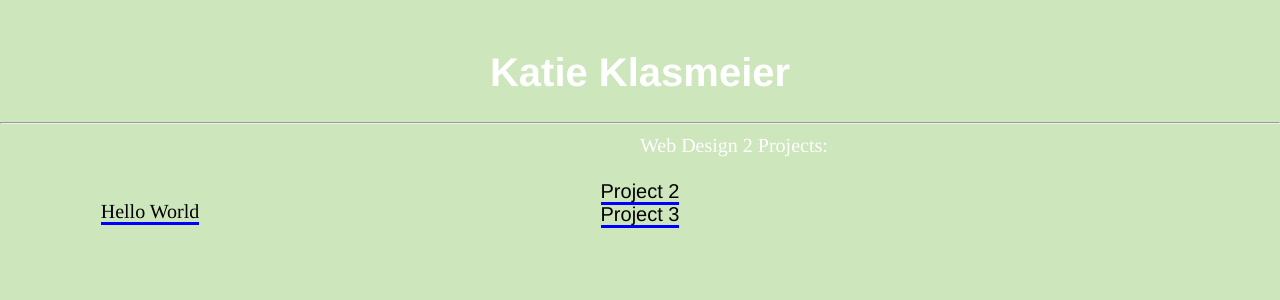
Repository: kklasmei/kklasmei.github.io
Page: index.html
The author's editor kept a record of every edit. The page is drawn from the files as they stood at one moment, then again after the next edit.
The browser window is 1280 px wide. The pictures show the whole page.

Above is the page before.

After the next edit:
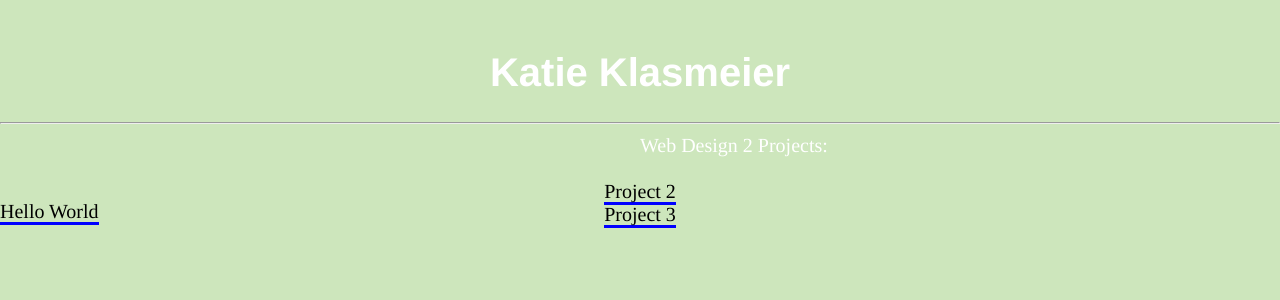
The edit:
--- a/css/style.css
+++ b/css/style.css
@@ -15,8 +15,8 @@
 }
 
 div {
-    width: 300px;
-    margin: 0 auto;
+    font-family: Times;
+    z-index: 100px;
 }
 
 .helloworld {
